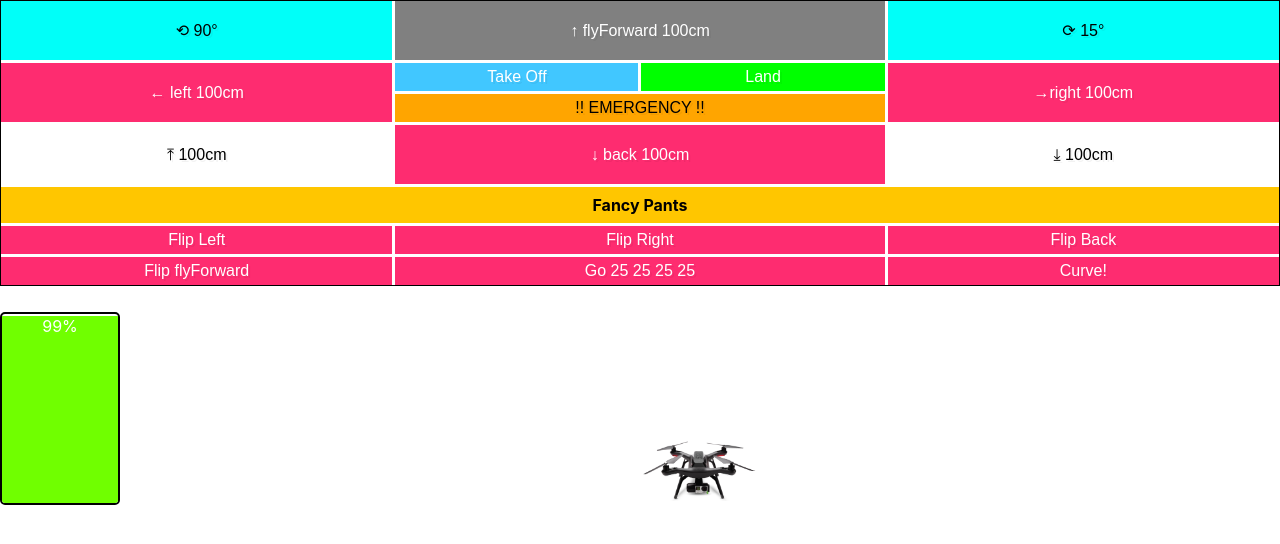
Repository: JivkoJelev91/Drone-Simulator
Page: /
An editor plug-in stored every save of this project. The page is shown before and after the next save, followed by the edit.
The browser window is 1280 px wide. The pictures show the whole page.
The project was rebuilt for these pictures with package versions that can differ from the ones it lists, and the page was loaded fresh each time.

Above is the page before, as saved 2018-12-21 11:09:46.

### src/index.css
body {
  margin: 0;
  padding: 0;
  font-family: -apple-system, BlinkMacSystemFont, "Segoe UI", "Roboto", "Oxygen",
    "Ubuntu", "Cantarell", "Fira Sans", "Droid Sans", "Helvetica Neue",
    sans-serif;
  -webkit-font-smoothing: antialiased;
  -moz-osx-font-smoothing: grayscale;
}

code {
  font-family: source-code-pro, Menlo, Monaco, Consolas, "Courier New",
    monospace;
}

.view{
  display:flex;
  padding-top:2%;

}

.parentDrone{
  width:100%;
  padding-top: 10%;
  display:flex;
  justify-content: center;
  /* transform: rotate(0deg);  */
  /* transform: translateZ(-100px) */
}

.drone img {
  width: 100%;

}

.drone{
  width:10%;

}

.batteryStyles{
  width: 10%;
  border: 2px solid black;
  border-radius: 5px;
  overflow: hidden;
  display: flex;
  flex-direction: column-reverse;
}

.batteryLevel {
  transition: all 0.5s;
  height: 100%;
  text-align: center;
  color: white;
  display: block;
  background: var(--color);
  background: #70ff00;
}

.CommandGrid{
  display: grid;
  grid-template-columns: 1fr 1.25fr 1fr;
  grid-template-rows: repeat(3, 1fr);
  border: 1px solid black;
  grid-gap: 3px;
}

.CommandGrid .center{
  display: grid;
  grid-gap: 3px;
  grid-template-columns: 1fr 1fr;
}

.CommandGrid h2{
  grid-column: 1 / -1;
  background: #ffc600;
  margin: 0;
  font-size: 1rem;
  text-align: center;
  padding: 0.5rem;
  color: black;
}

.CommandGrid .center button:last-child{
  grid-column: span 2;
}

.CommandGrid   button {
  text-shadow: 2px 2px 0 rgba(0, 0, 0, 0.05);
  border: 0;
  background: #fe2c70;
  border: 4px solid transparent;
  color: white;
  font-size: 1rem;
  position: relative;
}
.CommandGrid button:active{
  top: 2px;
}
.CommandGrid button:focus{
  outline: 0;
  border-color: #ffc600;
}
.CommandGrid button.takeoff{
  background: #41c7ff;
}
.CommandGrid button.land{
  background: #00ff00;
}
.CommandGrid button.emergency{
  background: orange;
  text-transform: uppercase;
  color: black;
}
.CommandGrid button.rotate{
  background: #00fff9;
  color: black;
}
.CommandGrid button.height{
  background: #fff;
  color: black;
}
.CommandGrid button.span.symbol {
  display: block;
  font-size: 2rem;
  font-weight: 400;
}

.CommandGrid button.innactiveBtns{
  pointer-events: none;
  background-color: grey;
  border-color: grey;
}

### src/App.js
import React, { Component } from 'react';
import Buttons from './Buttons/Buttons';
import {Provider, Consumer} from './Context';
import './App.css';

class App extends Component {
  render() {
    return (
      <Provider>
        <div className="App">
            <Buttons />
        </div>
      </Provider>
    );
  }
}

export default App;

### src/Buttons/Buttons.js
import React, { Component } from 'react';
import Battery from './Battery';
import Drone from './Drone'

class Buttons extends Component{
  constructor(props){
    super(props)
    this.amount = 100;
    this.counter = 0;
    this.state = {
      forward: 0,
      isActive: false,
    }
  }

  rotate(){
    return console.log('rotate!!');
  }

  flyForward = () => {
    this.setState({
      isActive: true
    })
    for (let index = 0; index <= 10; index++) {
        setTimeout(() => {
          this.setState({
            forward: index,
            isActive: false
          });
        if(this.state.forward === 10){
          this.setState({
            isActive: true
          })
        }
      }, index * 100);
    }
  }

  back(){
      return console.log('back');
  }

  left(){
      return console.log('left');
  }

  right(){
      return console.log('right');
  }

  takeOff(){
      return console.log('takeOff');
  }

  flipLeft(){
      return console.log('flipLeft');
  }

  flipRight(){
      return console.log('flipRight');
  }

  flipflyForward(){
      return console.log('flipflyForward');
  }

  flipBack(){
      return console.log('flipBack');
  }

  hight(){
      return console.log('hight');
  }

  low(){
      return console.log('low');
  }

  land(){
      return console.log('land');
  }

  emergency(){
      return console.log('emergency');
  }

  render(){
    return (
      <div id="wrapper">
        <div className="CommandGrid">

        <button className="rotate" onClick={this.rotate}>
          <span className="symbol">⟲</span> 90°
        </button>
        <button onClick={this.flyForward} className={!this.state.isActive ? 'innactiveBtns' : null}>
          <span className="symbol">↑</span> flyForward {this.amount}cm
        </button>

        <button className="rotate" onClick={this.rotate}>
          <span className="symbol">⟳</span> 15°
        </button>
        <button onClick={this.left}>
          <span className="symbol">←</span> left {this.amount}cm
        </button>
        <div className="center">
          <button className="takeoff" onClick={this.takeOff}>
            Take Off
          </button>
          <button className="land" onClick={this.land}>
            Land
          </button>
          <button className="emergency" onClick={this.emergency}>
            !! emergency !!
          </button>
        </div>
        <button onClick={this.right}>
          <span className="symbol">→</span>
          right {this.amount}cm
        </button>
        <button className="height" onClick={this.hight}>
          <span className="symbol">⤒</span> {this.amount}cm
        </button>
        <button onClick={this.back}>
          <span className="symbol">↓</span> back {this.amount}cm
        </button>
        <button className="height" onClick={this.low}>
          <span className="symbol">⤓</span> {this.amount}cm
        </button>
        <h2>Fancy Pants</h2>
        <button onClick={this.flipLeft}>Flip Left</button>
        <button onClick={this.flipRight}>Flip Right</button>
        <button onClick={this.flipBack}>Flip Back</button>
        <button onClick={this.flipflyForward}>Flip flyForward</button>
        <button onClick={console.log('TODO')}>Go 25 25 25 25</button>
        <button onClick={console.log('TODO')}>
          Curve!
        </button>
    </div>
    <div className="view">
              <Battery />
              <Drone />
            </div>
    </div>
    )
  }
}

export default Buttons;

### src/Context.js
import React, { Component } from 'react';
const MyContext = React.createContext();

export class Provider extends Component  {
    state = {
        forward: 0,
        isActive: true,
      }

    render(){
        return (
            <MyContext.Provider value={this.state.forward}>
                {this.props.children}
            </MyContext.Provider>
        )
    }
};

export const Consumer = MyContext.Consumer;

### src/Buttons/Battery.js
import React, {Component}  from 'react';


class Battery extends Component {
  constructor(){
    super();
    this.state = {
      batteryLevel: 0
    }
    this.countdown = null;
    this.counter = 0;
  }

  lowBattery = () => {
      this.setState({
        batteryLevel: parseInt((10000 - ++this.counter) / 100)
      });
  }

  componentDidMount() {
    this.countdown = setInterval(this.lowBattery, 1000);
  }

  componentWillUnmount() {
    if(this.batteryLevel === 0) clearInterval(this.countdown);
  }

  componentWillMount(){
    this.lowBattery();
  }

  render() {
    return (
      <div className="batteryStyles">
          <span className="batteryLevel" style={{ height:`${ this.state.batteryLevel }%`}}>{this.state.batteryLevel}%</span>
      </div>
    );
  }
}

export default Battery;

### src/Buttons/Drone.js
import React, { Component } from 'react';
import dronePic from '../images/drone.png'

class Drone extends Component {
  constructor(){
    super()
  }
  render() {
    return (
          <div className="parentDrone">
            <div className="drone">
              <img src={dronePic} alt="drone"/>
            </div>
          </div>
    );
  }
}

export default Drone;

Loaded but not shown: public/index.html (common file); src/index.js (common file); src/serviceWorker.js (common file); src/App.css (common file)

After the next save:
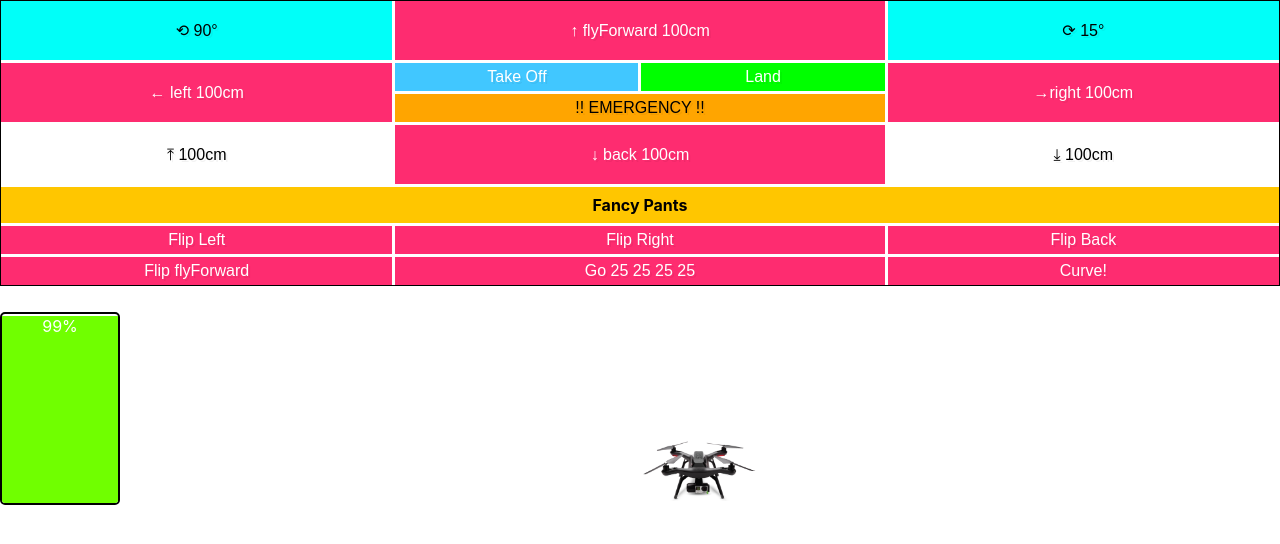
Saved 41 s later.
--- a/src/Buttons/Buttons.js
+++ b/src/Buttons/Buttons.js
@@ -9,7 +9,7 @@
     this.counter = 0;
     this.state = {
       forward: 0,
-      isActive: false,
+      isActive: true,
     }
   }
 
@@ -136,10 +136,10 @@
           Curve!
         </button>
     </div>
-    <div className="view">
+        <div className="view">
               <Battery />
               <Drone />
-            </div>
+          </div>
     </div>
     )
   }
